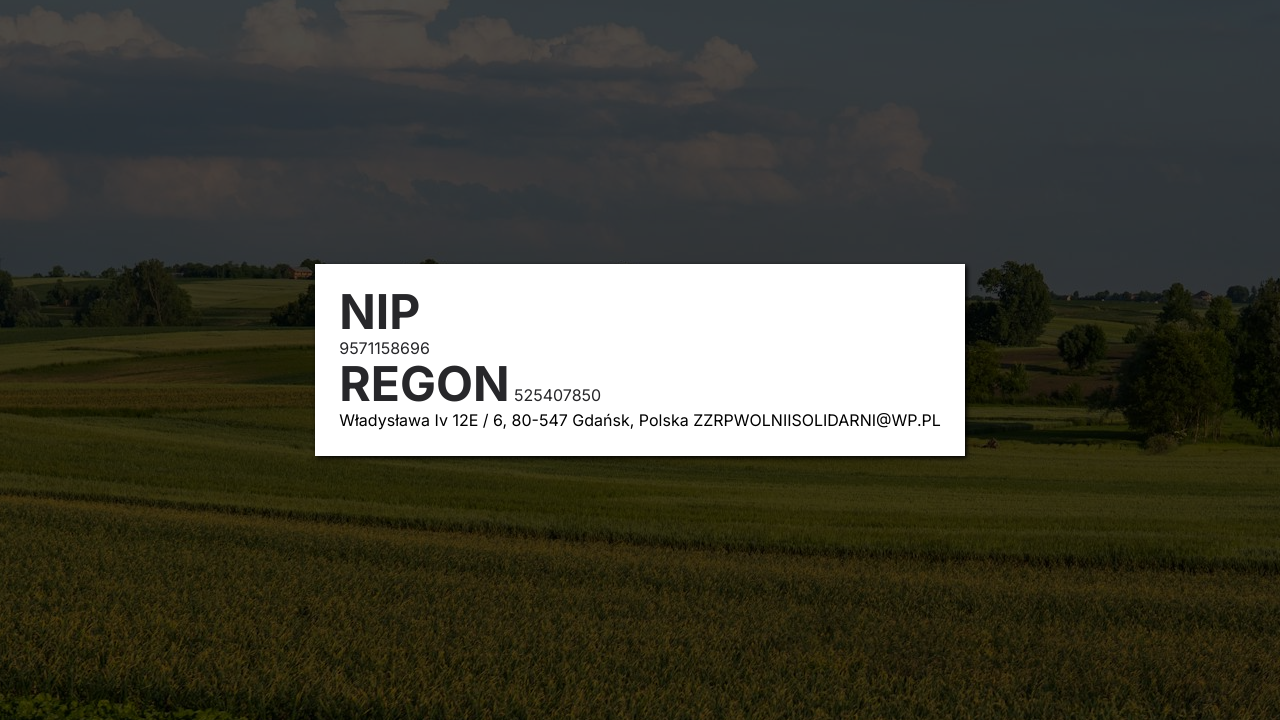
Repository: wesiudev/ZZRPWiS
Page: /kontakt
An editor plug-in stored every save of this project. The page is shown before and after the next save, followed by the edit.
The browser window is 1280 px wide. The pictures show the whole page.
The project was rebuilt for these pictures with package versions that can differ from the ones it lists, and the page was loaded fresh each time. The framework's server and built-in components were replaced by stand-ins that run in the browser. Also part of the build but not shown: next.config.mjs.

Above is the page before, as saved 2024-08-09 22:41:08.

### src/app/layout.tsx
import { Inter } from "next/font/google";
import "./globals.css";
import { Cardo } from "next/font/google";
const cardo = Cardo({
  weight: ["400", "700"],
  style: ["normal", "italic"],
  subsets: ["latin"],
  display: "swap",
  variable: "--font-cardo",
});
const inter = Inter({ subsets: ["latin"] });

export default function RootLayout({
  children,
}: Readonly<{
  children: React.ReactNode;
}>) {
  return (
    <html lang="pl">
      <body
        className={`bg-gradient-to-r from-green-800 via-green-500 to-green-800 ${inter.className} ${cardo.variable}`}
      >
        {children}
      </body>
    </html>
  );
}

### src/app/kontakt/page.tsx
import Link from "next/link";

export default function Page() {
  return (
    <div className="bg-heroBG h-screen w-full bg-center bg-no-repeat">
      <div className="flex items-center justify-center fixed h-screen w-full left-0 top-0 bg-black bg-opacity-70">
        <div
          className="bg-white p-6"
          style={{ boxShadow: "2px 2px 5px #000000" }}
        >
          <ul className="text-zinc-800">
            <li>
              <span className="text-5xl font-bold">NIP</span> <br /> 9571158696{" "}
            </li>
            <li>
              <span className="text-5xl font-bold">REGON</span> 525407850{" "}
            </li>
          </ul>
          Władysława Iv 12E / 6, 80-547 Gdańsk, Polska ZZRPWOLNIISOLIDARNI@WP.PL
        </div>
      </div>
    </div>
  );
}

### src/app/globals.css
@tailwind base;
@tailwind components;
@tailwind utilities;

:root {
  --foreground-rgb: 0, 0, 0;
  --background-start-rgb: 214, 219, 220;
  --background-end-rgb: 255, 255, 255;
}

@media (prefers-color-scheme: dark) {
  :root {
    --foreground-rgb: 255, 255, 255;
    --background-start-rgb: 0, 0, 0;
    --background-end-rgb: 0, 0, 0;
  }
}
.smallCaps {
  font-variant: small-caps;
}
body {
  color: rgb(var(--foreground-rgb));
  background: linear-gradient(
      to bottom,
      transparent,
      rgb(var(--background-end-rgb))
    )
    rgb(var(--background-start-rgb));
}

@layer utilities {
  .text-balance {
    text-wrap: balance;
  }
}

### tailwind.config.ts
import type { Config } from "tailwindcss";

const config: Config = {
  content: [
    "./src/pages/**/*.{js,ts,jsx,tsx,mdx}",
    "./src/components/**/*.{js,ts,jsx,tsx,mdx}",
    "./src/app/**/*.{js,ts,jsx,tsx,mdx}",
  ],
  theme: {
    extend: {
      fontFamily: {
        cardo: ["var(--font-cardo)"],
      },
      backgroundImage: {
        heroBG: "url('/assets/heroBG.jpg')",
        "gradient-radial": "radial-gradient(var(--tw-gradient-stops))",
        "gradient-conic":
          "conic-gradient(from 180deg at 50% 50%, var(--tw-gradient-stops))",
      },
    },
  },
  plugins: [],
};
export default config;

After the next save:
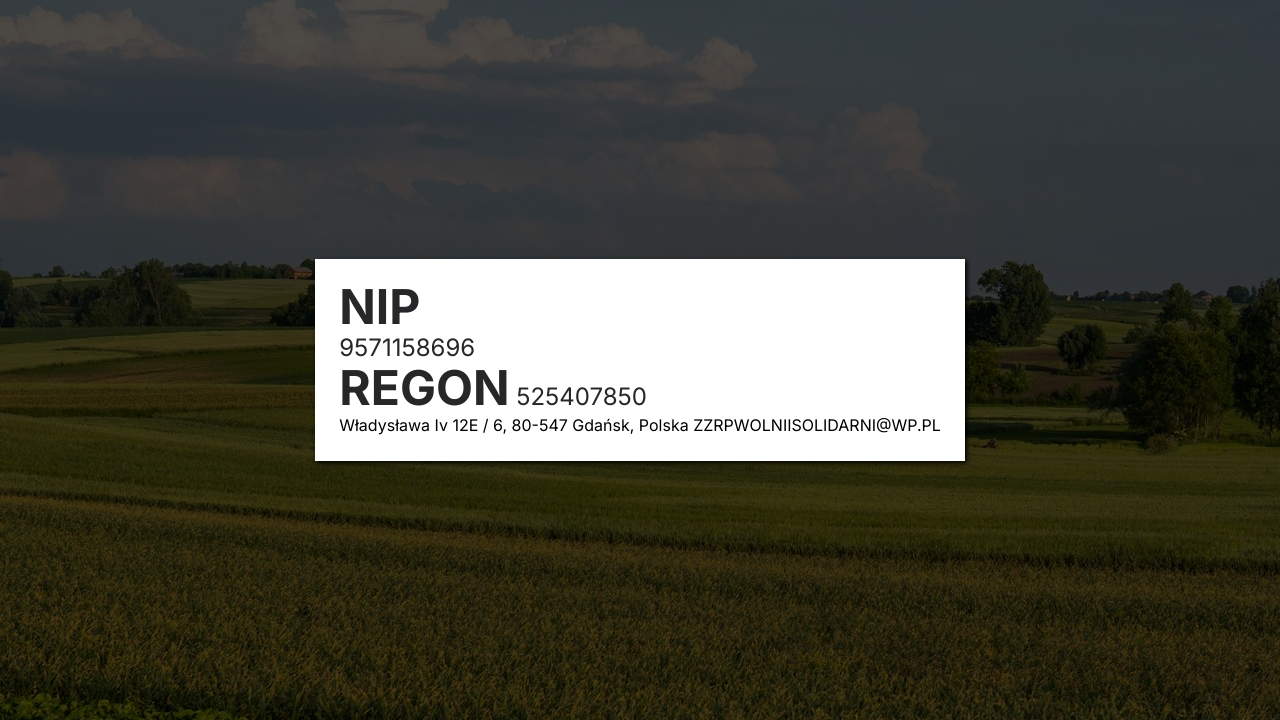
Saved 13 s later.
--- a/src/app/kontakt/page.tsx
+++ b/src/app/kontakt/page.tsx
@@ -9,10 +9,10 @@
           style={{ boxShadow: "2px 2px 5px #000000" }}
         >
           <ul className="text-zinc-800">
-            <li>
+            <li className="text-2xl">
               <span className="text-5xl font-bold">NIP</span> <br /> 9571158696{" "}
             </li>
-            <li>
+            <li className="text-2xl">
               <span className="text-5xl font-bold">REGON</span> 525407850{" "}
             </li>
           </ul>
